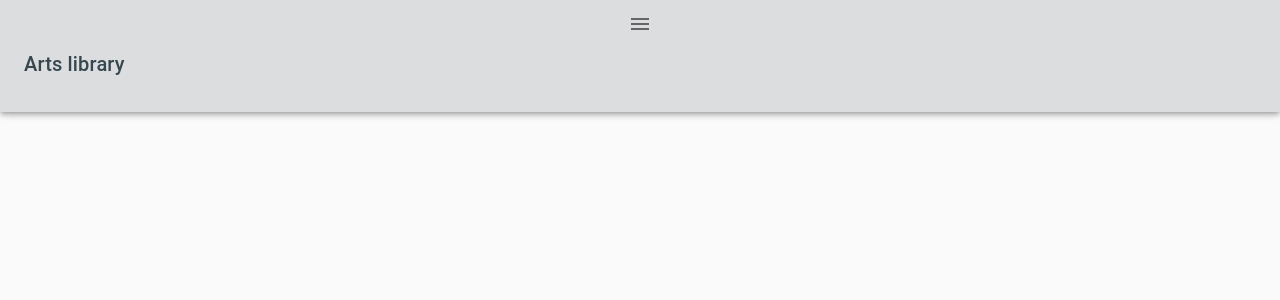
Repository: milosKomiRajkovic94/library-of-known-art
Page: /
These files come from the project's save history. The page is drawn as it stood at one moment and after the next save; the edit follows.
The browser window is 1280 px wide. The pictures show the whole page.
The project was rebuilt for these pictures with package versions that can differ from the ones it lists, and the page was loaded fresh each time.

Above is the page before, as saved 2020-03-05 11:05:24.

### src/index.js
import React from 'react';
import ReactDOM from 'react-dom';
import './scss/index.scss';
import App from './App';
import * as serviceWorker from './serviceWorker';
import { Provider } from 'react-redux';
import configureStore from './store';

const store = configureStore();

ReactDOM.render(
    <Provider
        store={store}
    >
        <App />
    </Provider>,
document.getElementById('root'));

// If you want your app to work offline and load faster, you can change
// unregister() to register() below. Note this comes with some pitfalls.
// Learn more about service workers: https://bit.ly/CRA-PWA
serviceWorker.unregister();

### src/scss/index.scss
@font-face{
    font-family: SourceSansPro-Regular;
    src: url('./SourceSansPro-Regular.otf') format('opentype')
}

html{
    height: 100%;
}

body{
    font-family: SourceSansPro-Regular;
    margin: 0px;
    height: 100%;
}

#root{
    height: 100%;
    width: 100%;
}

@import 'header';

### src/App.js
import React from 'react';

import  {
  createMuiTheme,
  ThemeProvider
} from '@material-ui/core/styles';

import Toolbar from '@material-ui/core/Toolbar';

import CssBaseline from '@material-ui/core/CssBaseline';

import HeaderContainer from './components/HeaderComponents/HeaderContainer';

class App extends React.Component{

  render(){

    const theme = createMuiTheme({
      typeography: {
        fontFamily: 'SourceSansPro-Regular'
      }
    })

    return(
      <ThemeProvider
        theme={theme}
      >
        <CssBaseline />
        <HeaderContainer />
        <Toolbar />
      </ThemeProvider>
    )
  }

}


export default App;

### src/store.js
import {createStore, applyMiddleware} from 'redux';

import thunk from 'redux-thunk';

import rootReducer from './reducers';

import logger from 'redux-logger';

export default function configureStore(){
    return createStore(
        rootReducer,
        process.env.NODE_ENV === 'production' && window.devToolsExtension ?
        applyMiddleware(thunk)
        :
        applyMiddleware(thunk, logger),
        //window.__REDUX_DEVTOOLS_EXTENSION__ && window.__REDUX_DEVTOOLS_EXTENSION__())
    )
}

### src/scss/_header.scss
.MuiToolbar-root.MuiToolbar-regular.toolbar.MuiToolbar-gutters {
    display: inline-block;
}

header.MuiPaper-root.MuiAppBar-root.MuiAppBar-positionFixed.MuiAppBar-colorPrimary.appBar.mui-fixed.MuiPaper-elevation4 {
    background-color: #DCDDDF;
    color: #36474F;
}

### src/components/HeaderComponents/HeaderContainer.js
import React from 'react';

import AppBar from '@material-ui/core/AppBar';

import Toolbar from '@material-ui/core/Toolbar';

import Typography from '@material-ui/core/Typography';

import MenuIcon from '@material-ui/icons/Menu';

import IconButton from '@material-ui/core/IconButton';

class HeaderContainer extends React.Component{

    render(){
        return(
            <AppBar
                position={'fixed'}
                className={'appBar'}
            >
                <IconButton

                >
                    <MenuIcon />
                </IconButton>
                <Toolbar
                    className={'toolbar'}
                >
                    <Typography
                        variant={'h6'}
                        display={'block'}
                    >
                        Arts library
                    </Typography>
                </Toolbar>
            </AppBar>
        )
    }
}

export default HeaderContainer;

### src/reducers/index.js
import{
    combineReducers
} from 'redux';

export default combineReducers({

})

Loaded but not shown: public/index.html (common file); src/serviceWorker.js (common file)

After the next save:
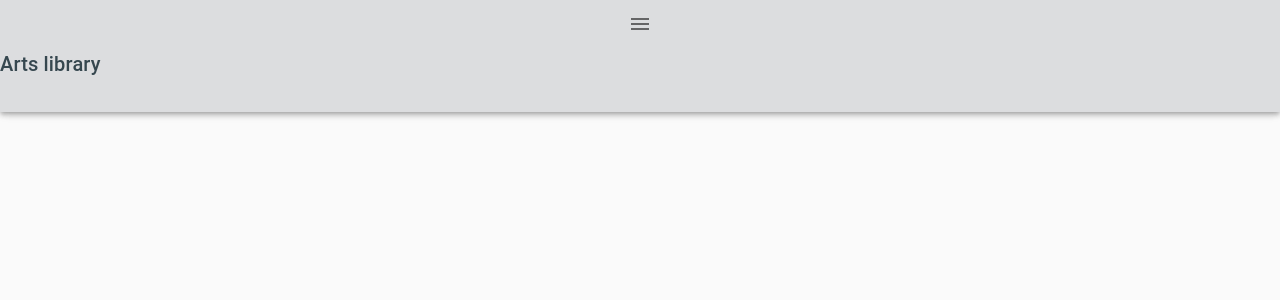
Saved 4 min 33 s later.
--- a/src/scss/_header.scss
+++ b/src/scss/_header.scss
@@ -1,5 +1,6 @@
 .MuiToolbar-root.MuiToolbar-regular.toolbar.MuiToolbar-gutters {
     display: inline-block;
+    padding: 0px;
 }
 
 header.MuiPaper-root.MuiAppBar-root.MuiAppBar-positionFixed.MuiAppBar-colorPrimary.appBar.mui-fixed.MuiPaper-elevation4 {
